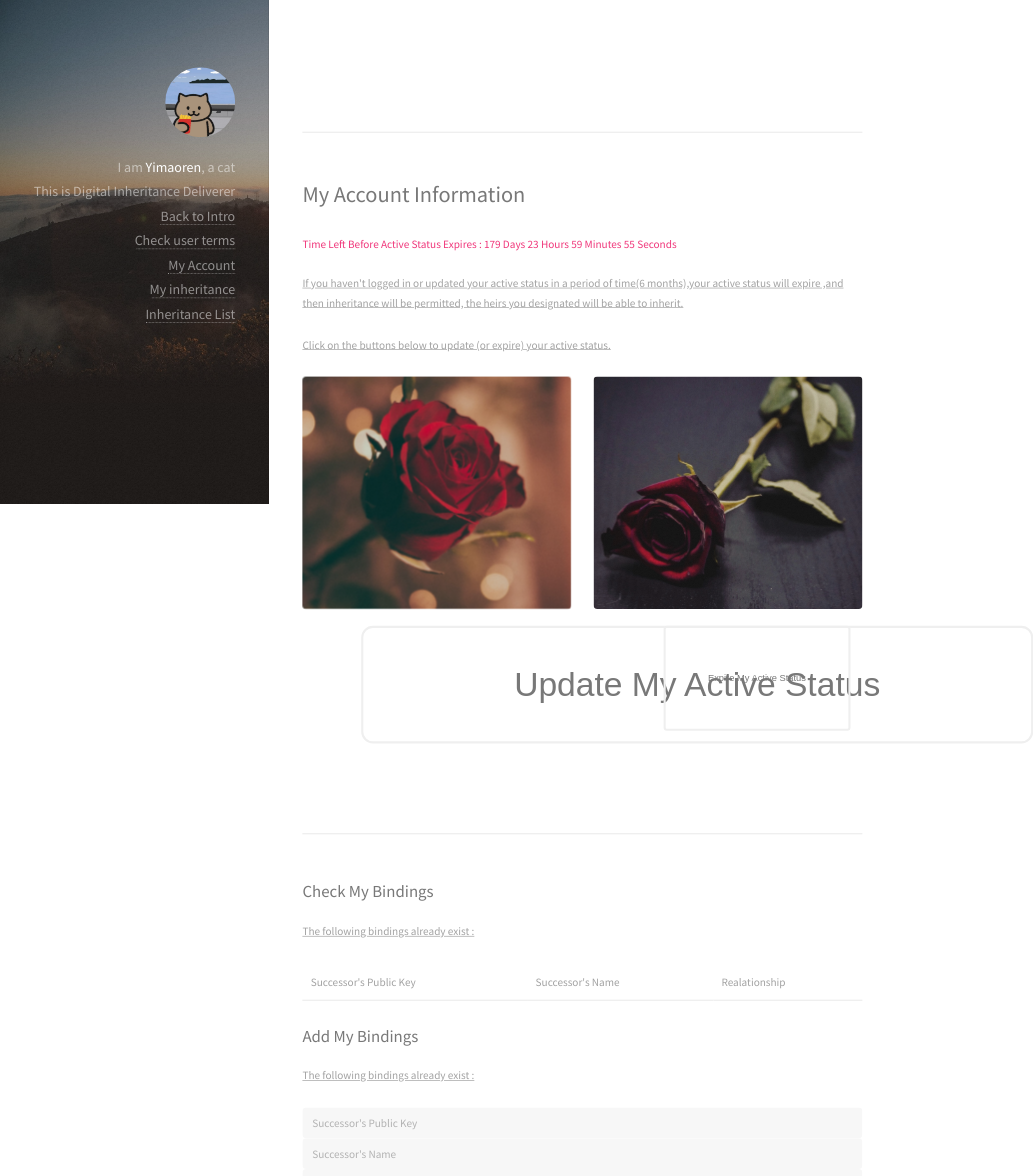
Repository: 1mocat/DID-blockchain-project
Page: Digital_I_D/app/src/myaccount.html
The author's editor kept a copy of each file at every save. The page is drawn from the files as they stood at one save, then again after a run of saves.
The browser window is 1280 px wide. The page is 1476 px wide, then 1315 px, so the pictures cover 1476 px, including what lies to the right of the window. The pictures show the part of the page from y = 0 to 1680 px (the page is 2545 px tall before and 2641 px after), at 70% of full size.

Above is the page before, as saved 2023-10-03 13:12:12.

### Digital_I_D/app/src/myaccount.html
<!DOCTYPE HTML>
<html>



<head>
	<title>Strata by HTML5 UP</title>
	<meta charset="utf-8" />
	<meta name="viewport" content="width=device-width, initial-scale=1, user-scalable=no" />
	<link rel="stylesheet" href="assets_account/css/main.css" />
	<style>
		#countdown {
			font-size: 16px;
			color: rgb(240, 55, 123);
		}

		.container {
			display: grid;
			/* 使用 grid 布局 */
			grid-template-columns: repeat(3, 1fr);
			/* 创建三列，均匀分布空间 */
			gap: 20px;
			/* 间隔大小 */
		}

		.box {
			padding: 20px;
			/* 内边距 */
			border: 1px solid #000;
			/* 边框样式 */
			text-align: center;
			/* 文本居中 */
		}

		.solid-line {
			border: none;
			border-top: 1px solid #000;
			/* 使用 dashed 边框样式和颜色 */
			margin: 0px;
			/* 设置上下间距 */
			height: 1px;
			/* 减小实线的高度 */
		}

		.content {
			padding: 20px;
		}

		.custom-button-left {
			margin-left: 100px;
			/* 添加右侧边距，根据需要调整间距大小 */
		}
		.custom-button-left {
			margin-right: 100px;
			/* 添加右侧边距，根据需要调整间距大小 */
		}
	</style>
</head>

<body class="is-preload">

	<!-- Header -->

	<header id="header">
		<div class="inner">
			<a href="#" class="image avatar"><img src="images/yimaoren.jpg" alt="" /></a>
			<h1>I am <strong>Yimaoren</strong>, a cat<br /></h1>
			<h1>This is Digital Inheritance Deliverer</h1>
			<h1><a href="index.html">Back to Intro</a></h1>
			<h1><a href="UserAgreement.html">Check user terms</a></h1>
			<h1><a href="myaccount.html">My Account</a></h1>
			<h1><a href="my_inher.html">My inheritance</a></h1>
			<h1><a href="inher_list.html">Inheritance List</a></h1>
		</div>
	</header>

	<!-- Main -->
	<div id="main">

		<!-- One -->
		<br>
		<section id="one" class="section-container">
			<header class="major">
				<h2>My Account Information</h2>
				<div id="countdown"></div>
				<script>
					// 目标日期：当前日期 + 30*6 天
					const targetDate = new Date();
					targetDate.setDate(targetDate.getDate() + 30 * 6);

					// 更新倒计时的函数
					function updateCountdown() {
						const currentDate = new Date();
						const timeDifference = targetDate - currentDate;

						if (timeDifference <= 0) {
							document.getElementById('countdown').innerHTML = '倒计时结束';
						} else {
							const days = Math.floor(timeDifference / (1000 * 60 * 60 * 24));
							const hours = Math.floor((timeDifference % (1000 * 60 * 60 * 24)) / (1000 * 60 * 60));
							const minutes = Math.floor((timeDifference % (1000 * 60 * 60)) / (1000 * 60));
							const seconds = Math.floor((timeDifference % (1000 * 60)) / 1000);

							const countdownText = `Time Left Before Active Status Expires : ${days} Days ${hours} Hours ${minutes} Minutes ${seconds} Seconds`;
							document.getElementById('countdown').innerHTML = countdownText;
						}
					}
					// 初始调用更新倒计时
					updateCountdown();
					// 每秒更新一次倒计时
					setInterval(updateCountdown, 1000);
				</script>
			</header>

			<p><br><u>If you haven't logged in or updated your active status in a period of time(6 months),your active
					status will expire ,and then inheritance will be permitted, the heirs you designated will be able to
					inherit.</u>
			</p>
			<p><u> Click on the buttons below to update (or expire) your active status. </u> </p>

			<div class="row">
				<article class="col-6 col-12-xsmall work-item">
					<a href="images/bloom.jpg" class="image fit thumb"><img src="images/bloom.jpg" alt="" /></a>
					<ul class="actions">
						<button onclick="" class="button custom-button-left " style="font-size: 3em; height: 3.5em;  width: 200px;">Update My Active Status</button>

					</ul>


				</article>
				<article class="col-6 col-12-xsmall work-item">
					<a href="images/wilt.jpg" class="image fit thumb"><img src="images/wilt.jpg" alt="" /></a>
					<button onclick="" class="button custom-button-left">Expire My Active Status</button>

				</article>
			</div>

		</section>
		<section id="two">

			<h2>Check My Bindings</h2>
			<p><u>The following bindings already exist :</u></p>
			<div class="table-margin">
				<table class="table table-bordered table-header">
					<thead>
						<tr>
							<td class="w15">Successor's Public Key</td>
							<td class="w15">Successor's Name</td>
							<td class="w15">Realationship</td>

						</tr>
					</thead>
					<tbody id="details"></tbody>
				</table>

			</div>
				<h2>Add My Bindings</h2>
				<p><u>The following bindings already exist :</u></p>
					<form method="post" action="#">
						<div class="fields">
							<div class="field half"><input type="text" name="Successor's Public Key" placeholder="Successor's Public Key" /></div>
							<div class="field half"><input type="text" name="Successor's Name" placeholder="Successor's Name" /></div>
							<div class="field half"><input type="text" name="Realationship" placeholder="Realationship" /></div>
						</div>
						<br>

					</form>
					<ul class="actions">
						<button onclick="" class="button custom-button-left" style="font-size: 1.2em; height: 3.5em; width: 2em;">Add This binding</button>
					</ul>



		</section>

		<!-- Three -->
		<section id="three">
			<h2>Instructions for use</h2>
			<p><u>Please Follow these three steps :</u></p>
			<div class="container">
				<div class="box">
					<a class="image fit"><img src="images/bind.jpg" title="Bind" alt="" /></a>
					<h2>1.Bind</h2>
					<p>Bind to the people you want to inherit using his public key</p>
				</div>
				<div class="box">
					<a class="image fit"><img src="images/assign.jpg" title="Designate" alt="" /></a>
					<h2>2.Designate</h2>
					<p>Upload the property you want to inherit and designate property distribution</p>
				</div>
				<div class="box">
					<a class="image fit"><img src="images/open.png" title="Inherit" alt="" /></a>
					<h2>3.Inherit</h2>
					<p>After your active status expire, the heirs you designated could make the succession</p>
				</div>
			</div>
		</section>



	</div>



	<!-- Scripts -->
	<script src="assets_account/js/jquery.min.js"></script>
	<script src="assets_account/js/jquery.poptrox.min.js"></script>
	<script src="assets_account/js/browser.min.js"></script>
	<script src="assets_account/js/breakpoints.min.js"></script>
	<script src="assets_account/js/util.js"></script>
	<script src="assets_account/js/main.js"></script>




</body>

</html>

Loaded but not shown: Digital_I_D/app/src/assets_account/css/fontawesome-all.min.css (library); Digital_I_D/app/src/assets_account/js/jquery.min.js (library); Digital_I_D/app/src/assets_account/js/jquery.poptrox.min.js (library); Digital_I_D/app/src/assets_account/js/browser.min.js (common file); Digital_I_D/app/src/assets_account/js/breakpoints.min.js (common file); Digital_I_D/app/src/assets_account/js/util.js (587 lines, source omitted); Digital_I_D/app/src/assets_account/js/main.js (117 lines, source omitted); Digital_I_D/app/src/assets_account/css/main.css (3221 lines, source omitted)

After the next 4 saves:
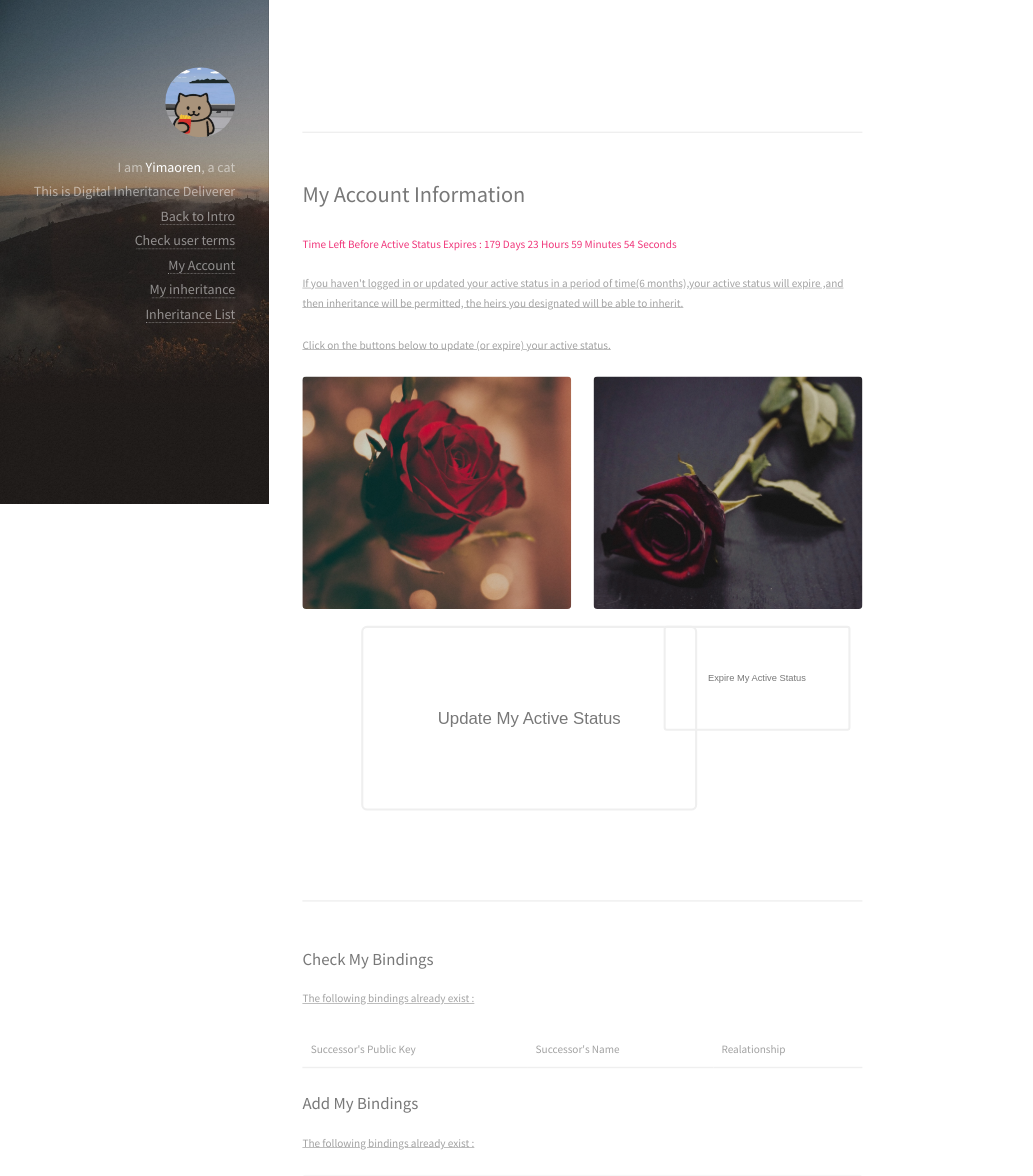
The 4 saves are shown as one change because they came seconds apart.
The last was saved 12 s later.
--- a/Digital_I_D/app/src/myaccount.html
+++ b/Digital_I_D/app/src/myaccount.html
@@ -122,7 +122,7 @@
 				<article class="col-6 col-12-xsmall work-item">
 					<a href="images/bloom.jpg" class="image fit thumb"><img src="images/bloom.jpg" alt="" /></a>
 					<ul class="actions">
-						<button onclick="" class="button custom-button-left " style="font-size: 3em; height: 3.5em;  width: 200px;">Update My Active Status</button>
+						<button onclick="" class="button custom-button-left " style="font-size: 1.5em;">Update My Active Status</button>
 
 					</ul>
 
